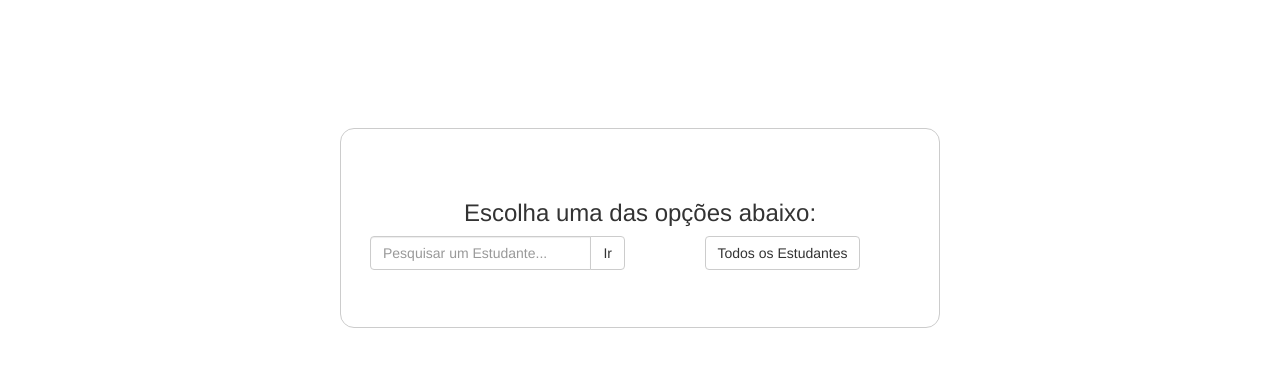
Repository: ipti/br.tag.webservice
Page: http://localhost/Restful-API-TAG/students.jsp
The author's editor kept a copy of each file at every save. The page is drawn from the files as they stood at one save, then again after the next save.
The browser window is 1280 px wide. The pictures show the whole page.
The page is served by Tomcat 9.

Above is the page before, as saved 2016-04-27 13:53:54.

After the next save:
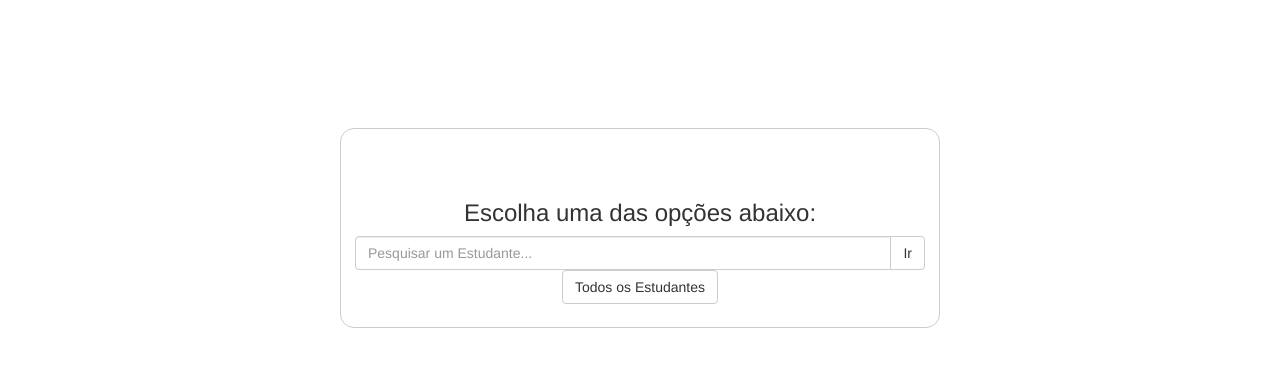
Saved 11 s later.
--- a/Restful-API-TAG/WebContent/students.jsp
+++ b/Restful-API-TAG/WebContent/students.jsp
@@ -13,7 +13,7 @@
 		<h3 id="titleStudent">Escolha uma das opções abaixo:</h3>
 
 		<div class="btn-group-md text-center" role="group" aria-label="...">
-			<div class="col-lg-6" style="margin-letf: 10px" >
+			<div>
 				<div class="input-group">
 					<input type="text" class="form-control" placeholder="Pesquisar um Estudante...">
 					<span class="input-group-btn">
